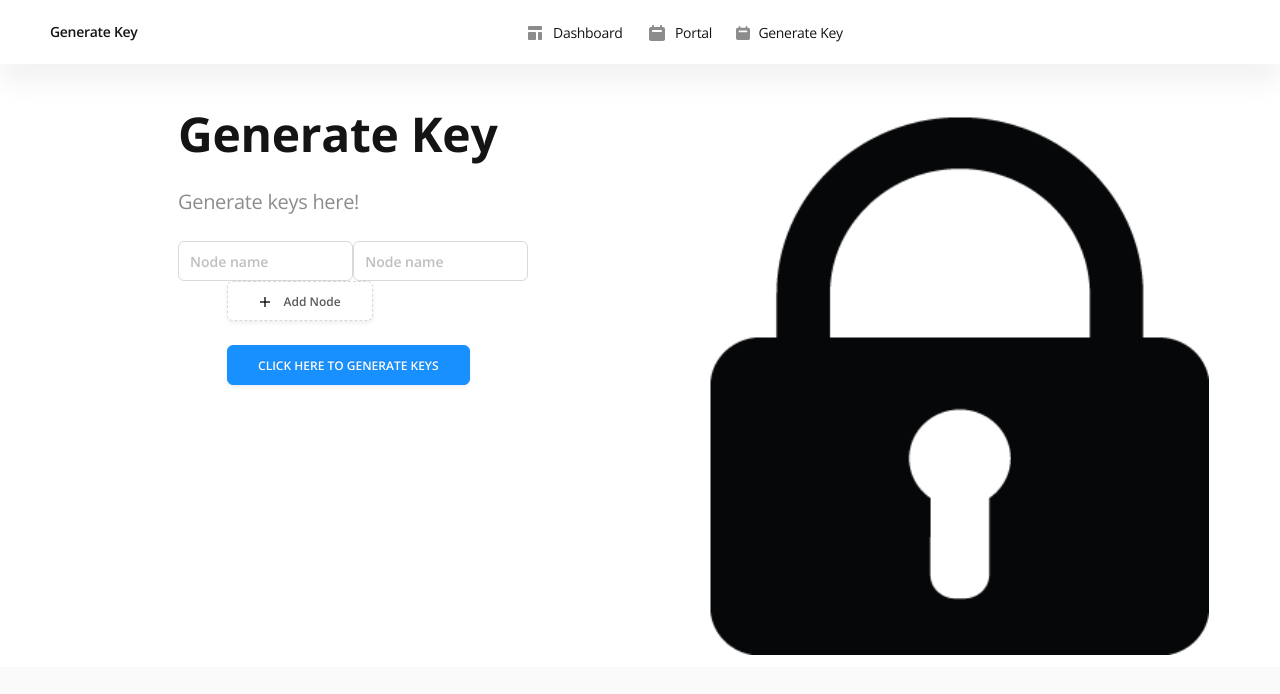
Repository: ahabalikhan/api-analytics-app-fe
Page: /sign-in
An editor plug-in stored every save of this project. The page is shown before and after the next save, followed by the edit.
The browser window is 1280 px wide. The pictures show the whole page.
The project was rebuilt for these pictures with package versions that can differ from the ones it lists, and the page was loaded fresh each time. Also part of the build but not shown: src/components/chart/configs/eChart.js, src/components/chart/EChart.js, src/components/chart/configs/lineChart.js, src/components/chart/LineChart.js, src/pages/Home.js, src/pages/Profile.js, src/components/layout/Sidenav.js, src/components/layout/Footer.js and 2 more. Imported but missing from the stored project, and not drawn on this page: src/pages/Billing, src/pages/Rtl, src/pages/Tables.

Above is the page before, as saved 2022-07-16 23:29:03.

### src/components/NodesForm.js
import { MinusCircleOutlined, PlusOutlined } from '@ant-design/icons';
import { Button, Form, Input } from 'antd';
import React from 'react';
const formItemLayout = {
    labelCol: {
        xs: {
            span: 24,
        },
        sm: {
            span: 4,
        },
    },
    wrapperCol: {
        xs: {
            span: 24,
        },
        sm: {
            span: 20,
        },
    },
};
const formItemLayoutWithOutLabel = {
    wrapperCol: {
        xs: {
            span: 24,
            offset: 0,
        },
        sm: {
            span: 20,
            offset: 4,
        },
    },
};

const NodesForm = () => {
    const onFinish = (values) => {
        console.log('Received values of form:', values);
    };

    return (
        <Form name="dynamic_form_item" {...formItemLayoutWithOutLabel} onFinish={onFinish}>
            <Input
                placeholder="Node name"
                style={{
                    width: '60%',
                }}
            />
             <Input
                placeholder="Node name"
                style={{
                    width: '60%',
                }}
            />
            <Form.List
                name="names"
                rules={[
                    {
                        validator: async (_, names) => {
                            if (!names || names.length < 2) {
                                return Promise.reject(new Error('Enter at least 2 nodes'));
                            }
                        },
                    },
                ]}
            >
                {(fields, { add, remove }, { errors }) => (
                    <>
                        {fields.map((field, index) => (
                            <Form.Item
                                {...(index === 0 ? formItemLayout : formItemLayoutWithOutLabel)}
                                label={index === 0 ? 'Nodes' : ''}
                                required={false}
                                key={field.key}
                            >
                                <Form.Item
                                    {...field}
                                    validateTrigger={['onChange', 'onBlur']}
                                    rules={[
                                        {
                                            required: true,
                                            whitespace: true,
                                            message: "Please input node's name or delete this field.",
                                        },
                                    ]}
                                    noStyle
                                >
                                    <Input
                                        placeholder="Node name"
                                        style={{
                                            width: '60%',
                                        }}
                                    />
                                </Form.Item>
                                {fields.length > 1 ? (
                                    <MinusCircleOutlined
                                        className="dynamic-delete-button"
                                        onClick={() => remove(field.name)}
                                    />
                                ) : null}
                            </Form.Item>
                        ))}
                        <Form.Item>
                            <Button
                                type="dashed"
                                onClick={() => add()}
                                style={{
                                    width: '60%',
                                }}
                                icon={<PlusOutlined />}
                            >
                                Add Node
                            </Button>
                            <Form.ErrorList errors={errors} />
                        </Form.Item>
                    </>
                )}
            </Form.List>
            <Form.Item>
                <Button
                    type="primary"
                    htmlType="submit"
                    style={{ width: "100%" }}
                >
                    CLICK HERE TO GENERATE KEYS
                </Button>
            </Form.Item>
        </Form>
    );
};

export default NodesForm;

Loaded but not shown: public/index.html (common file); src/index.js (common file); src/components/layout/Header.js (337 lines, source omitted); src/pages/SignIn.js (205 lines, source omitted); src/pages/Portal.js (171 lines, source omitted); src/App.js (33 lines, source omitted); src/assets/styles/main.css (3043 lines, source omitted)

After the next save:
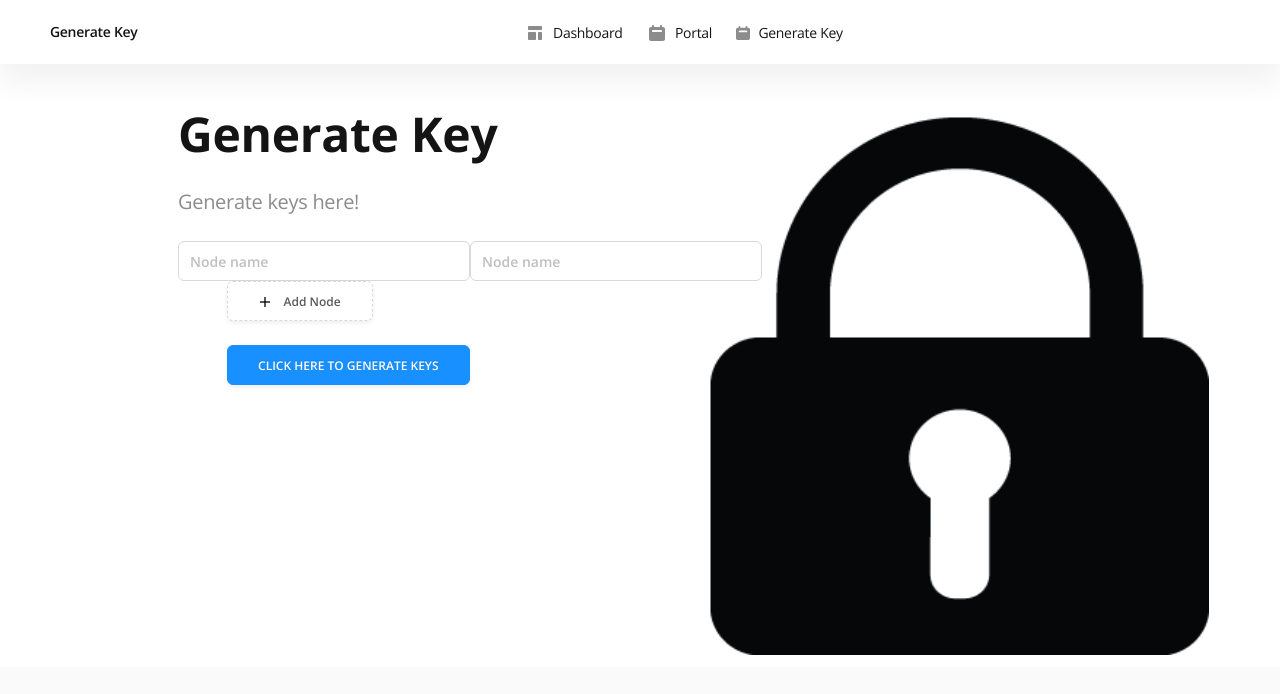
Saved 16 s later.
--- a/src/components/NodesForm.js
+++ b/src/components/NodesForm.js
@@ -42,13 +42,13 @@
             <Input
                 placeholder="Node name"
                 style={{
-                    width: '60%',
+                    width: '100%',
                 }}
             />
              <Input
                 placeholder="Node name"
                 style={{
-                    width: '60%',
+                    width: '100%',
                 }}
             />
             <Form.List

After the save that followed:
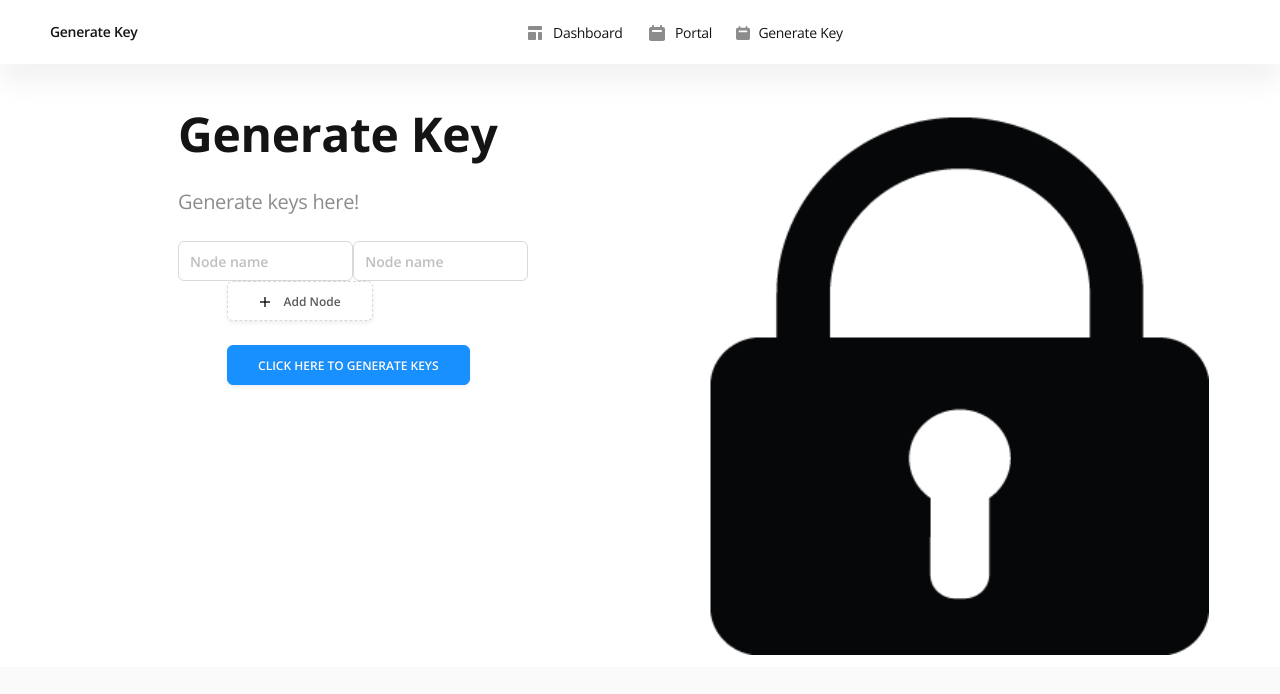
Saved 6 s later.
--- a/src/components/NodesForm.js
+++ b/src/components/NodesForm.js
@@ -42,13 +42,13 @@
             <Input
                 placeholder="Node name"
                 style={{
-                    width: '100%',
+                    width: '60%',
                 }}
             />
              <Input
                 placeholder="Node name"
                 style={{
-                    width: '100%',
+                    width: '60%',
                 }}
             />
             <Form.List
